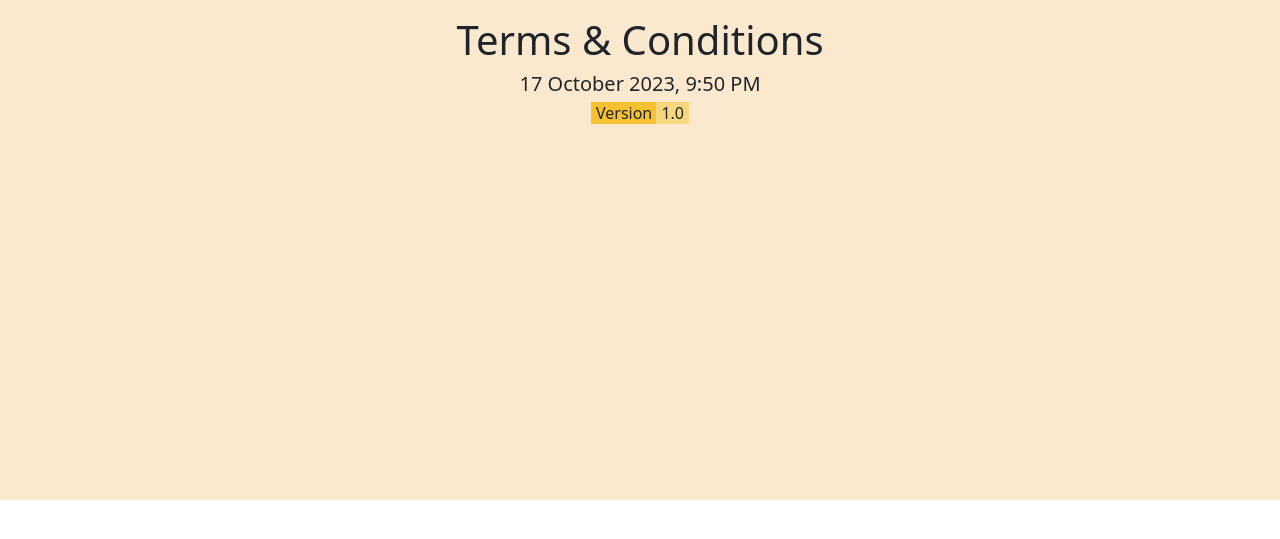
Repository: injectGroup/github.io
Page: terms.html
These files come from the project's save history. The page is drawn as it stood at one moment and after the next save; the edit follows.
The browser window is 1280 px wide. The pictures show the whole page.

Above is the page before, as saved 2023-11-30 07:27:05.

### terms.html
<!doctype html>
<html lang="en">

<head>
    <meta charset="utf-8">
    <meta name="viewport" content="width=device-width, initial-scale=1">
    <title>Bootstrap demo</title>
    <!-- GOULD CUSTOM CSS-->
    <link rel="stylesheet" href="/gouldwalletlegal/css/gouldcustom.css">
    <!--- BOOTSTRAP CDN -->
    <link href="https://cdn.jsdelivr.net/npm/bootstrap@5.3.2/dist/css/bootstrap.min.css" rel="stylesheet"
        integrity="sha384-T3c6CoIi6uLrA9TneNEoa7RxnatzjcDSCmG1MXxSR1GAsXEV/Dwwykc2MPK8M2HN" crossorigin="anonymous">
</head>

<body>
    <!-- Content here -->
    <div class="container-fluid text-center terms-content">
        <div class="row align-items-center">
            <div class="col align-self-center">
                <h1 class="text-center">
                    Terms & Conditions
                </h1>
            </div>
        </div>
        <div class="row align-items-center">
            <h5 class="version-date">
                17 October 2023, 9:50 PM
            </h5>
            <div class="col align-self-center">
                <h6 class="text-center">
                    <span class="version">Version</span>
                    <span class="version-number">1.0</span>
                </h6>
            </div>

        </div>
    </div>
    <!-- BOOTSTRAP JS-->
    <script src="https://cdn.jsdelivr.net/npm/bootstrap@5.3.2/dist/js/bootstrap.bundle.min.js"
        integrity="sha384-C6RzsynM9kWDrMNeT87bh95OGNyZPhcTNXj1NW7RuBCsyN/o0jlpcV8Qyq46cDfL"
        crossorigin="anonymous"></script>
</body>

</html>

### gouldwalletlegal/css/gouldcustom.css
/*
 *AUTHOR: Abdulkadir Mohammed @ Inject
 *DATE: Wed 29 November 2023
  *
 *This is a custom css for gould wallet.
 */
/*****************************
 *********** HEAD ***********
 *****************************/
.terms-content {
    background-color: #FAE9CE;
    padding: 16px 0px 16px 0px;
    height: 500px;
    width: 100%;
    padding-right: 15px;
    padding-left: 15px;
    margin-right: auto;
    margin-left: auto;
    display: block;
    box-sizing: border-box;
}

.version {
    background-color: #F7C132;
    width: 100px;
    padding-left: 5px;
    padding-right: 5px;
    margin-right: -5px;
}

.version-number {
    background-color: #F9D77E;
    padding-left: 5px;
    padding-right: 5px;
}


/*****************************
  *********** BODY ***********
 *****************************/

/*****************************
 *********** FOOTER ***********
*****************************/

After the next save:
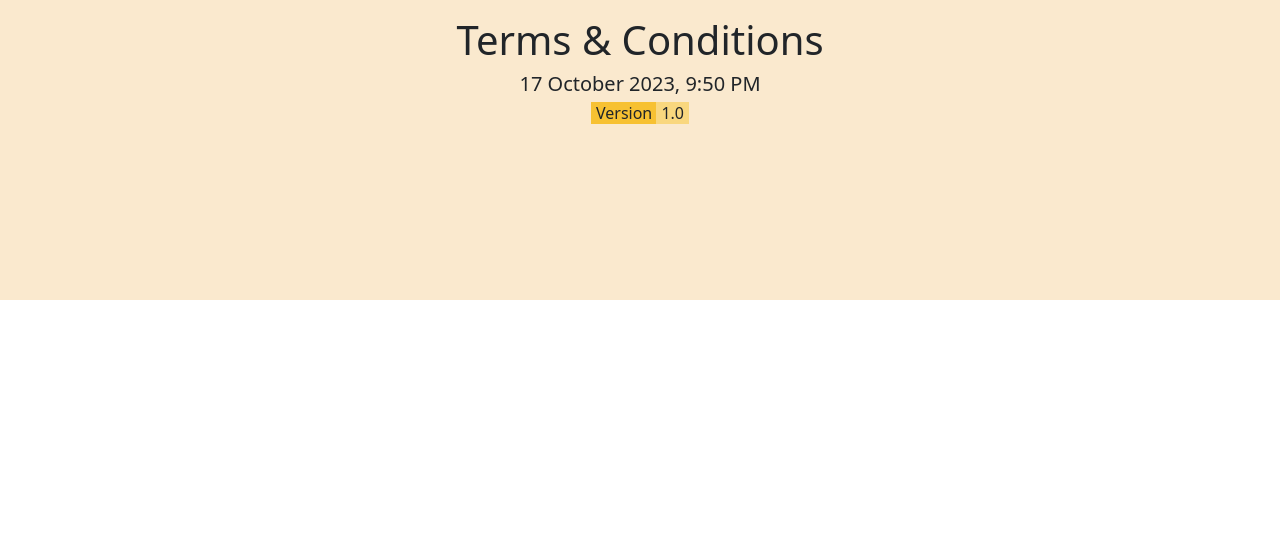
Saved 19 s later.
--- a/gouldwalletlegal/css/gouldcustom.css
+++ b/gouldwalletlegal/css/gouldcustom.css
@@ -10,7 +10,7 @@
 .terms-content {
     background-color: #FAE9CE;
     padding: 16px 0px 16px 0px;
-    height: 500px;
+    height: 300px;
     width: 100%;
     padding-right: 15px;
     padding-left: 15px;
